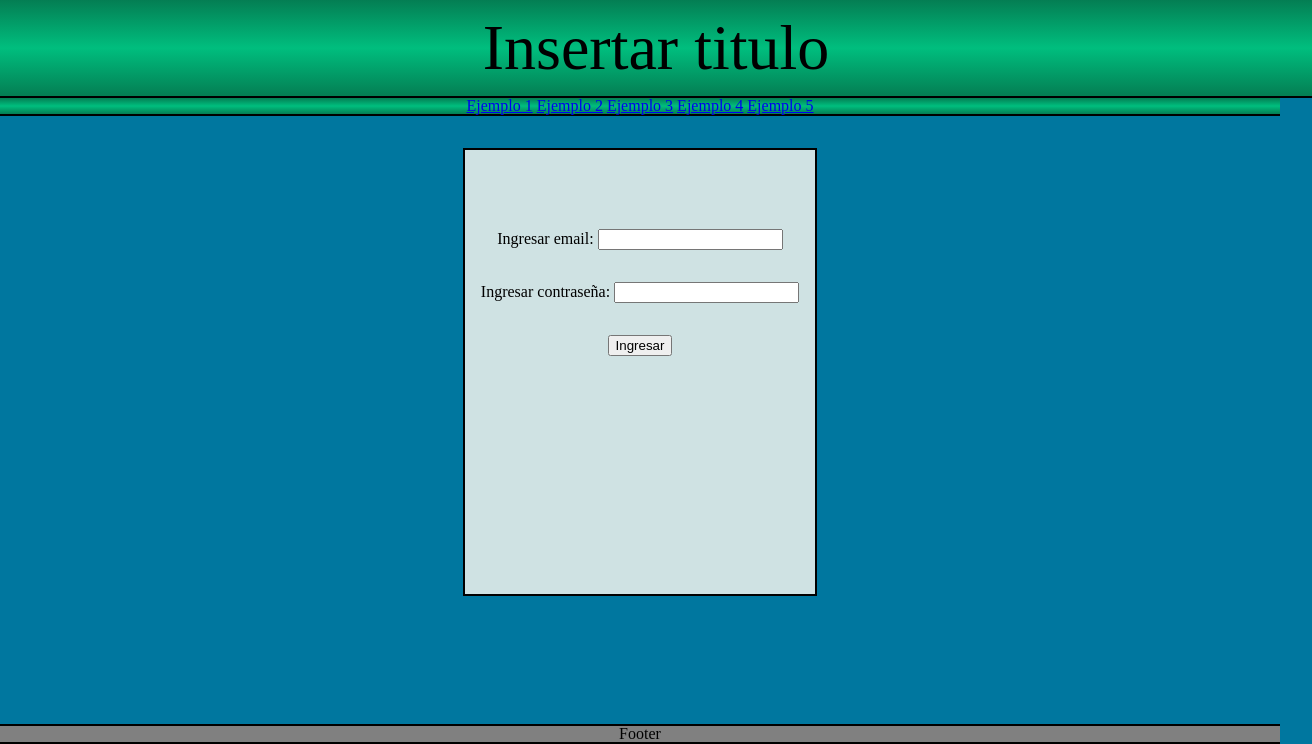
Repository: FacundoKinderknecht/Parcial-2-LPPA
Page: login/login.html
The author's editor kept a copy of each file at every save. The page is drawn from the files as they stood at one save, then again after the next save.
The browser window is 1280 px wide. The page is 1312 px wide, so the pictures cover 1312 px, including what lies to the right of the window. The pictures show the whole page.

Above is the page before, as saved 2022-07-06 10:35:09.

After the next save:
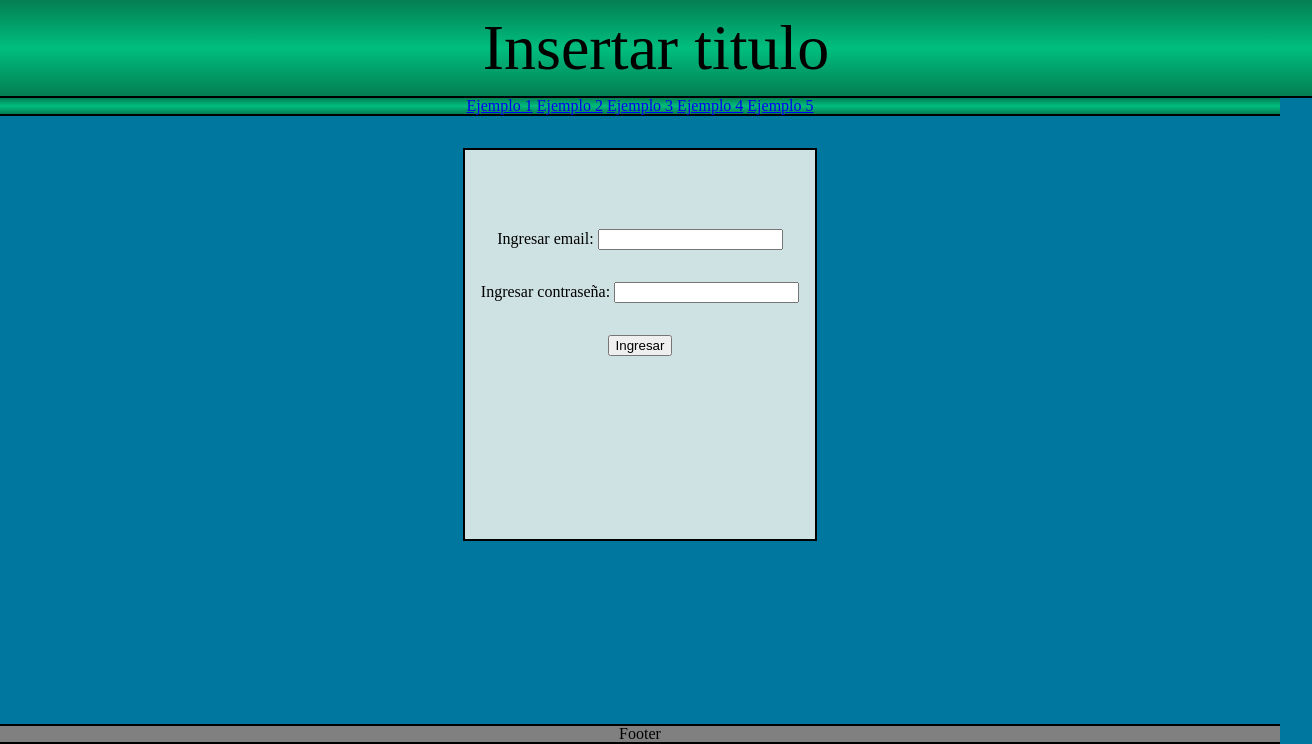
Saved 4 s later.
--- a/login/login.css
+++ b/login/login.css
@@ -33,7 +33,7 @@ form{
     display: inline-block;
     background-color: rgb(207, 226, 227);  border: black solid 2px;
     padding-top: 7%;
-    height: 70%;
+    height: 60%;
     align-items: center;
     text-align: center;
 }
